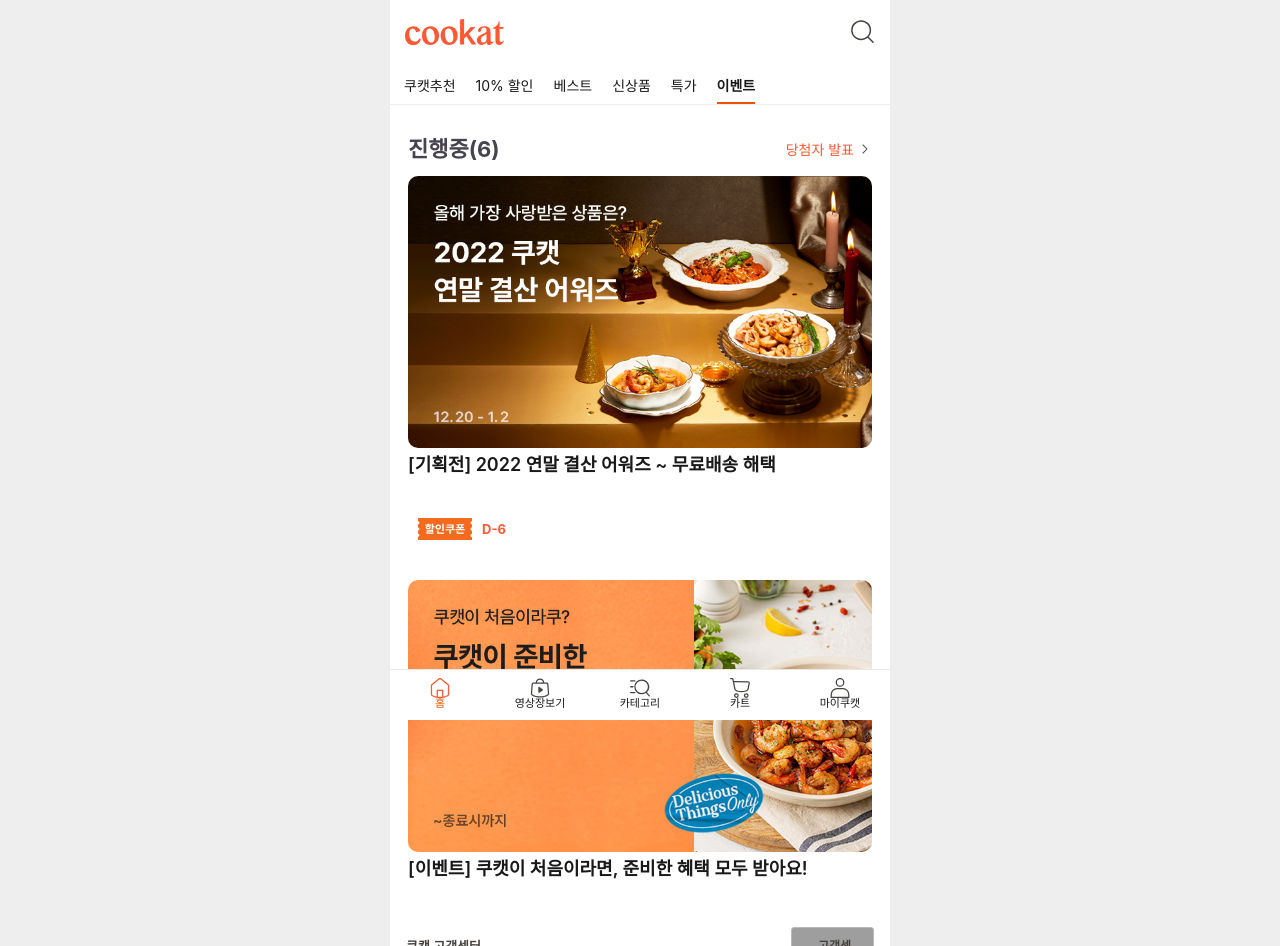
Repository: CooKat/Cookat
Page: event.html
An editor plug-in stored every save of this project. The page is shown before and after the next save, followed by the edit.
The browser window is 1280 px wide. The pictures show the part of the page from y = 0 to 946 px (the page is 1771 px tall before and 1735 px after).
Pictures or frames that could not be fetched are drawn as grey boxes. A picture or video elsewhere on the page could not be fetched, so the positions and the page height are approximate. Some web fonts or font styles are not loaded; a fallback is used.

Above is the page before, as saved 2022-12-27 21:09:27.
Not found: js/ex1.js

### event.html
<!DOCTYPE html>
<html lang="ko-KR">
  <head>
    <meta charset="UTF-8" />
    <meta http-equiv="X-UA-Compatible" content="IE=edge" />
    <meta name="viewport" content="width=device-width, initial-scale=1.0" />
    <link rel="shortcut icon" type="image/x-icon" href="./images/1.png" />
    <link
      rel="stylesheet"
      as="style"
      crossorigin
      href="https://cdn.jsdelivr.net/gh/orioncactus/pretendard@v1.3.6/dist/web/static/pretendard.css"
    />
    <link
      href="https://cdn.jsdelivr.net/npm/remixicon@2.5.0/fonts/remixicon.css"
      rel="stylesheet"
    />
    <link rel="stylesheet" href="https://cdn.jsdelivr.net/npm/swiper/swiper-bundle.min.css" />
    <link rel="stylesheet" href="./css/main.css" />
    <link rel="stylesheet" href="./css/event.css" />
    <title>쿠캣</title>
  </head>
  <body>
    <div class="container">

      <!-- 상단 메뉴바 -->
      <header class="header">
        <a href="/" class="logo"><img src="./images/logo-main.svg" alt="쿠캣마켓" /></a>
        <div class="menu swiper">
          <ul class="swiper-wrapper" role="menubar" aria-hidden="false">
            <li role="none" class="swiper-slide">
              <a role="menuitem" href="/">쿠캣추천</a>
            </li>
            <li class="swiper-slide" role="none"><a role="menuitem" href="/">10% 할인</a></li>
            <li class="swiper-slide" role="none">
              <a role="menuitem" href="./best.html">베스트</a>
            </li>
            <li class="swiper-slide" role="none"><a role="menuitem" href="/">신상품</a></li>
            <li class="swiper-slide" role="none">
              <a role="menuitem" href="./specialPrice.html">특가</a>
            </li>
            <li class="swiper-slide  active" role="none"><a role="menuitem" href="/">이벤트</a></li>
          </ul>
        </div>
        <button type="button" class="search">
          <img src="./images/ic-24-finder.svg" alt="검색 아이콘" />
        </button>
      </header>

      <main class="main">
        <section class="event">
          <!-- 진행중(6) 당첨자 발표 -->
          <div class="event-ing">
            <h2 class="event-ing-title">진행중(6)</h2>
            <p>당첨자 발표</p>
          </div>

          <!-- 행사 아이템들 -->
          <div class="item-list">
            <div class="item-list-item">
              <img src="./images/event1.jpg">
              <h2 class="item-list-title">[기획전] 2022 연말 결산 어워즈 ~ 무료배송 해택</h2>
              <div class="coupon-day">
                <svg xmlns="http://www.w3.org/2000/svg" width="54" height="22" viewBox="0 0 54 22">
                  <g fill="none" fill-rule="evenodd">
                      <path fill="#F56B1D" d="M54 9.428V6.353c-.944 0-1.458-.771-1.458-1.639S53.195 3.143 54 3.143V0H0v3.143c.806 0 1.459.703 1.459 1.571S.806 6.286 0 6.286v3.142c.806 0 1.459.704 1.459 1.572 0 .868-.653 1.572-1.459 1.572v3.142c.806 0 1.459.704 1.459 1.572 0 .868-.653 1.571-1.459 1.571V22h54v-2.924c-.996 0-1.458-.77-1.458-1.639 0-.868.653-1.723 1.458-1.723v-3.051c-1.021 0-1.458-.795-1.458-1.663S53.195 9.428 54 9.428z"/>
                      <path fill="#FFF" fill-rule="nonzero" d="M13.195 7.652V6.563H10.94v-.825H9.477v.825H7.222v1.089h5.973zm2.013 3.63V9.148h1.342V7.96h-1.342V5.804h-1.452v5.478h1.452zm-4.994-.077c.374 0 .715-.039 1.023-.116.308-.077.57-.187.787-.33.216-.143.383-.315.5-.517.117-.201.176-.43.176-.687 0-.257-.059-.488-.176-.693-.117-.205-.284-.38-.5-.523-.217-.143-.479-.253-.787-.33-.308-.077-.649-.115-1.023-.115-.374 0-.713.038-1.018.115-.304.077-.566.188-.786.33-.22.143-.389.318-.506.523-.117.205-.176.436-.176.693 0 .257.059.486.176.688.117.201.286.373.506.516.22.143.482.253.787.33.304.077.643.116 1.017.116zm0-1.023c-.337 0-.605-.051-.803-.154-.198-.103-.297-.26-.297-.473 0-.213.099-.372.297-.479.198-.106.466-.159.803-.159s.605.053.803.16c.198.106.297.265.297.478 0 .213-.099.37-.297.473-.198.103-.466.154-.803.154zm5.28 5.687v-1.056H9.972v-.561h5.236v-2.574H8.52v1.056h5.258v.528H8.531v2.607h6.963zm10.274-2.772V5.826h-1.463v7.271h1.463zm-5.511-1.496c.389 0 .75-.064 1.083-.193.334-.128.626-.306.875-.533.25-.227.444-.499.583-.814.14-.315.209-.656.209-1.023 0-.374-.07-.719-.209-1.034-.14-.315-.334-.587-.583-.814-.25-.227-.54-.405-.875-.534-.333-.128-.694-.192-1.083-.192s-.752.064-1.089.192c-.337.129-.629.307-.874.534-.246.227-.44.499-.584.814-.143.315-.214.66-.214 1.034 0 .367.072.708.215 1.023.143.315.337.587.583.814.245.227.537.405.874.534.337.128.7.192 1.089.192zm0-1.254c-.374 0-.691-.115-.952-.346-.26-.231-.39-.552-.39-.963 0-.418.13-.742.39-.973.26-.231.578-.347.952-.347.381 0 .698.115.951.347.254.23.38.555.38.973 0 .41-.127.732-.38.963-.252.23-.57.346-.951.346zm5.764 5.423v-1.155h-5.544v-2.233h-1.452v3.388h6.996zm6.754.154v-3.586h3.861v-1.177h-1.342c.169-.821.268-1.542.297-2.162.03-.62.044-1.19.044-1.71v-.913H28.54v1.155h5.698v.506c0 .169-.007.345-.022.528l-6.006.187.165 1.232 5.742-.297c-.03.227-.064.464-.104.71-.04.245-.09.5-.149.764h-6.38v1.177h3.839v3.586h1.452zm13.97-3.663v-1.155h-3.861v-.913h2.97V9.049h-1.21V7.344h1.287V6.189h-7.535v1.155h1.287v1.705h-1.221v1.144h2.97v.913h-3.839v1.155h9.152zm-3.542-3.212h-2.079V7.344h2.079v1.705zm2.519 6.721v-1.155h-5.566V12.91h-1.452v2.86h7.018z"/>
                  </g>
                </svg>
                <span class="coupon-date">D-6</span>
              </div>

            </div>
          </div>

          <div class="item-list">
            <div class="item-list-item">
              <img src="./images/event2.jpg">
              <h2 class="item-list-title">[이벤트] 쿠캣이 처음이라면, 준비한 혜택 모두 받아요!</h2>
            </div>
          </div>

        </section>

      </main>

      <!-- footer -->
      <footer class="footer">
        <div class="center-info-container">
          <h2 class="center-info">쿠캣 고객센터</h2>
          <span class="time-info"
            >평일 <time>10:00</time> ~ <time>18:00</time> (점심시간 <time>13:00</time> ~
            <time>14:00</time>)</span
          >

          <a href="tel:1668-3525" class="center-contact"> 고객센터</a>
        </div>
        <div class="business-info-container">
          <div class="business-info-title-container">
            <h2 class="business-info">(주) 쿠캣 사업자 정보</h2>
            <button class="business-info-toggle-btn">
              <img
                alt="addit-toggle-img"
                src="	https://crcf.cookatmarket.com/assets/mobile/img/using_guide/ic-16-close-bold.svg"
              />
            </button>
          </div>

          <ul class="business-info-list">
            <li class="business-info-item">
              <label for="representative">대표자</label><span id="representative">이문주</span>
            </li>
            <li class="business-info-item">
              <label for="address">주소</label>
              <address id="address">
                서울특별시 강남구 영동대로112길 36, 3층, 지하 1층 (삼성동, 오티씨타워)
              </address>
            </li>
            <li class="business-info-item">
              <label
                for="
              business-number"
                >사업자등록번호</label
              ><span id=" business-number">
                110-86-12995
                <a class="business-info-check" href="/">사업자정보 확인</a></span
              >
            </li>
            <li class="business-info-item">
              <label for="mail-order-number">통신판매업 신고번호</label
              ><span
                id="
              mail-order-number"
                >2018-서울강남-01681</span
              >
            </li>
            <li class="business-info-item">
              <div class="center-info-flexcontent-container">
                <label
                  for="
              service-center"
                  >고객센터</label
                >
                <div class="center-info-content-container">
                  <a
                    id="service-center"
                    href="tel:1668-3525
              "
                    >1668-3525
                  </a>
                  <span id="service-center"
                    >평일 <time>10:00</time> ~ <time>18:00</time> (점심시간 <time>13:00</time> ~
                    <time>14:00</time>) 주말 <time>10:00</time> ~ <time>13:00</time></span
                  >
                </div>
              </div>
            </li>
            <li class="business-info-item">
              <label for="marketing-email">마케팅 제휴문의</label
              ><span id="marketing-email">marketing@cookat.co</span>
            </li>
            <li class="business-info-item">
              <label
                for="
              goods-email"
                >상품 제휴문의</label
              ><span id=" goods-email">
                <span>product@cookat.co<br /></span
              ></span>
            </li>
            <li class="business-info-item">
              <label for="person-in-charge">개인정보보호 책임자</label
              ><span id="person-in-charge"> 주지석 (jiseok.joo@cookat.co)</span>
            </li>
          </ul>

          <small class="copyright"> Copyright © 쿠캣. All rights reserved.</small>
          <ul class="more-details-list">
            <li><a class="more-details" href="/">이용약관</a></li>
            <li>
              <a class="more-details" id="qkdcla" href="/">개인정보 처리방침</a>
            </li>
            <li><a class="more-details" href="/">공지사항</a></li>
          </ul>
        </div>

        <div class="additional-container">
          <a href="/">로그인</a>
          <a id="app-down" href="/"> APP다운</a>
        </div>
      </footer>

      <!-- 하단바 -->
      <nav class="fix-footer-menu">
        <ul>
          <li class="my-home on"><a href="/">홈</a></li>
          <li class="my-video"><a href="/">영상장보기</a></li>
          <li class="my-menu"><a href="/">카테고리</a></li>
          <li class="my-cart"><a href="/">카트</a></li>
          <li class="my-cookat"><a href="/">마이쿠캣</a></li>
        </ul>
      </nav>
    </div>

    <!-- Swiper JS -->
    <script src="https://cdn.jsdelivr.net/npm/swiper/swiper-bundle.min.js"></script>
    <!-- Initialize Swiper -->
    <script src="./js/ex1.js"></script>
    <script>
      var menu = new Swiper('.menu.swiper', {
        slidesPerView: 'auto',
        freeMode: true,
      });
    </script>
  </body>
</html>

### css/event.css
main{
  padding: 0 18px;
}
.event{

}

.event-ing{
  display: flex;
  flex-flow: row nowrap;
  justify-content: space-between;
  align-items: center;
  margin-top: var(--spacing-xxl);
  margin-bottom: var(--spacing-md);
}

.event-ing-title{
  font-size: var(--text-xl);
  line-height: var(--text-xxl);
  color: var(--color-black);
  font-weight: 700;
}

.event-ing p{
  color: #ff5833;
  font-size: var(--text-sm);
}
.event-ing p::after{
  content: '';
  color: #ff5833;
  margin-left: var(--spacing-xxs);
  padding-left: var(--spacing-md);
  background: url(../images/ic-16-next-fit.svg) no-repeat center/6px;
}

.item-list{

}

.item-list-item{

}

.item-list-item img{
  border-radius: 10px;
}

.item-list-title{
  font-size: var(--text-lg);
  line-height: var(--text-xxl);
  font-weight: 600;
  margin-bottom: var(--spacing-xxxl);
}

.title-first{
  margin-bottom: 0;
}

.item-list-title h2:first-child{
  margin-bottom: 0;
}

.coupon-day{
  margin-top:var(--spacing-xxs);
  display: flex;
  flex-flow: row nowrap;
  margin-bottom: var(--spacing-xxxl);
}

.item-list-item svg{
  margin-left: var(--spacing-sm);
}
.coupon-date{
  color: #ff5833;
  line-height: var(--text-xl);
  font-size: var(--text-xs);
  align-items: center;
  font-weight: 700;
  padding-left: var(--spacing-sm);
}

### css/theme.css
:root {
  /* 수식 단축키 art+shift+M */
  --color-white: #ffffff;
  --color-blank: #f9f9f9;
  --color-cement: #9d9995;
  --color-placeholder: #bbb8b5;
  --color-deep-orange: #eb5500;
  --color-border: #e9e8e2;
  --color-success: #579bdb;
  --color-black: #46434f;
  --color-gray: #9d999d;
  --color-greyish-brown: #5b5752;

  --spacing-sxxs: 0.125rem; /* 2px */
  --spacing-xxs: 0.25rem; /* 4px */
  --spacing-xs: 0.5rem; /* 8px */
  --spacing-sm: 0.625rem; /* 10px */
  --spacing-xm: 0.75rem; /* 12px */
  --spacing-md: 0.875rem; /* 14px */
  --spacing-m: 0.937rem; /* 15px */
  --spacing-base: 1rem; /* 16px */
  --spacing-lg: 1.125rem; /* 18px */
  --spacing-l: 1.25rem; /* 20px */
  --spacing-xl: 1.5rem; /* 24px */
  --spacing-xxl: 2rem; /* 32px */
  --spacing-xxxl: 2.5rem; /* 40px */

  --text-sxxs: 0.6875rem; /* 11px */
  --text-xxs: 0.75rem; /* 12px */
  --text-xs: 0.8125rem; /* 13px */
  --text-sm: 0.875rem; /* 14px */
  --text-md: 0.9375rem; /* 15px */
  --text-base: 1rem; /* 16px */
  --text-lg: 1.125rem; /* 18px */
  --text-xl: 1.375rem; /* 22px */
  --text-xxl: 1.625rem; /* 26px */

  --swiper-navigation-size: 1.125rem; /* 18px */

  --max-width: 31.25rem; /* 500px */
}

Loaded but not shown: css/normalize.css (library); css/reset.css (common file); css/main.css (887 lines, source omitted)

After the next save:
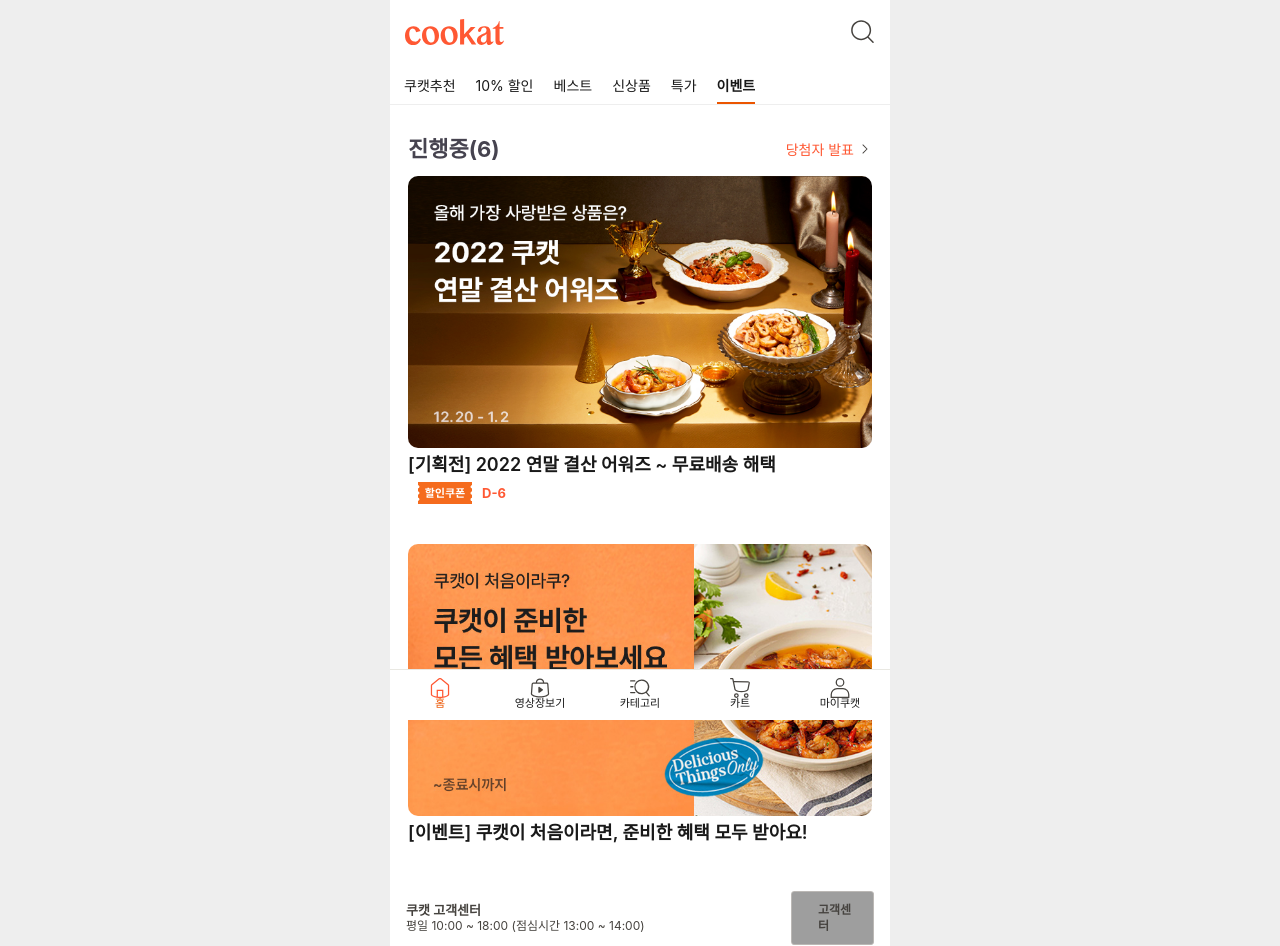
Saved 4 s later.
--- a/event.html
+++ b/event.html
@@ -59,7 +59,7 @@
           <div class="item-list">
             <div class="item-list-item">
               <img src="./images/event1.jpg">
-              <h2 class="item-list-title">[기획전] 2022 연말 결산 어워즈 ~ 무료배송 해택</h2>
+              <h2 class="item-list-title title-first">[기획전] 2022 연말 결산 어워즈 ~ 무료배송 해택</h2>
               <div class="coupon-day">
                 <svg xmlns="http://www.w3.org/2000/svg" width="54" height="22" viewBox="0 0 54 22">
                   <g fill="none" fill-rule="evenodd">
